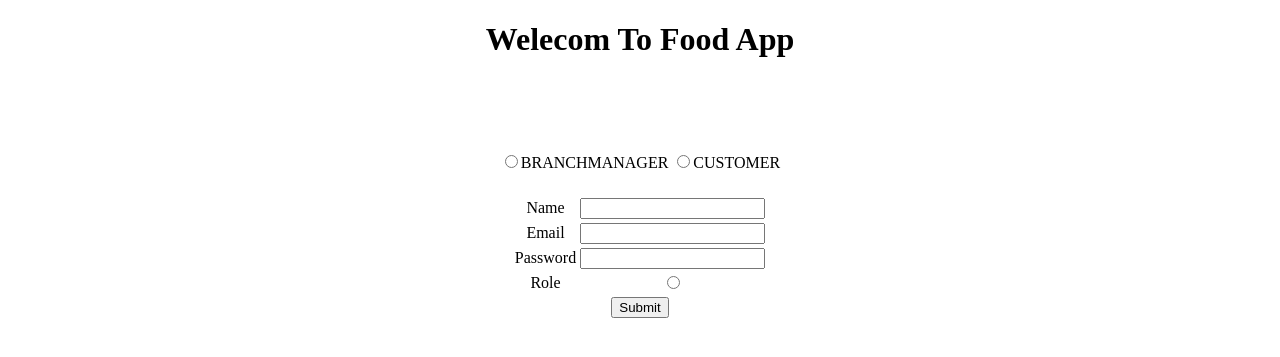
Repository: Jeevith-U/Advance-Java
Page: http://localhost/Food_App/SignUp.jsp
An editor plug-in stored every save of this project. The page is shown before and after the next save, followed by the edit.
The browser window is 1280 px wide. The pictures show the whole page.
The page is served by Tomcat 9.

Above is the page before, as saved 2023-08-22 10:02:13.

After the next save:
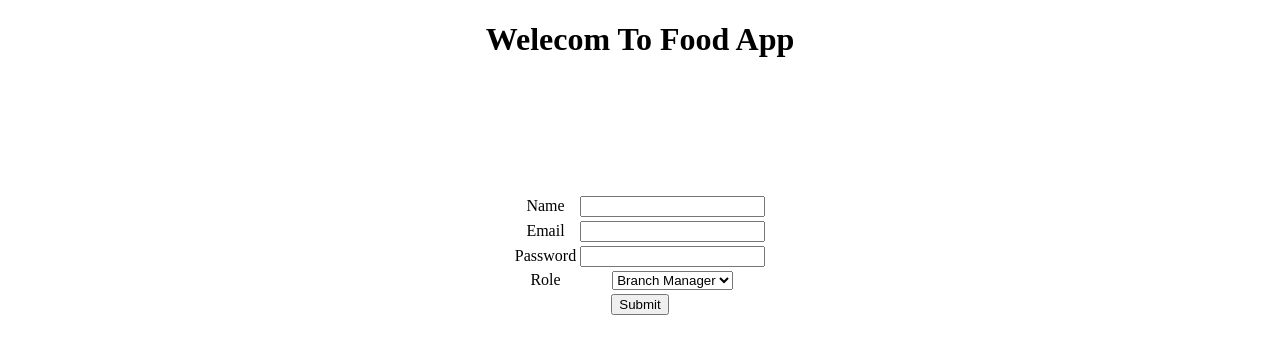
Saved 3 min 51 s later.
--- a/Projects/Food_App/src/main/webapp/SignUp.jsp
+++ b/Projects/Food_App/src/main/webapp/SignUp.jsp
@@ -63,9 +63,11 @@
                 <br>
                 <tr>
                     <td><label for="role">Role</label>
-                    <td><input type="radio" id="role" name="role"></td>
-                    <input type="radio" id="role" name = "BRANCHMANAGER" value="BRANCHMANAGER">BRANCHMANAGER
-                    <input type="radio" id="role" name = "CUSTOMER" value="CUSTOMER">CUSTOMER
+                     <td>
+                        <select id="role" name="role">
+                            <option value="BRANCHMANAGER">Branch Manager</option>
+                            <option value="CUSTOMER">Customer</option>
+                        </select>
                     </td>
                 </tr>
                 </tr>
